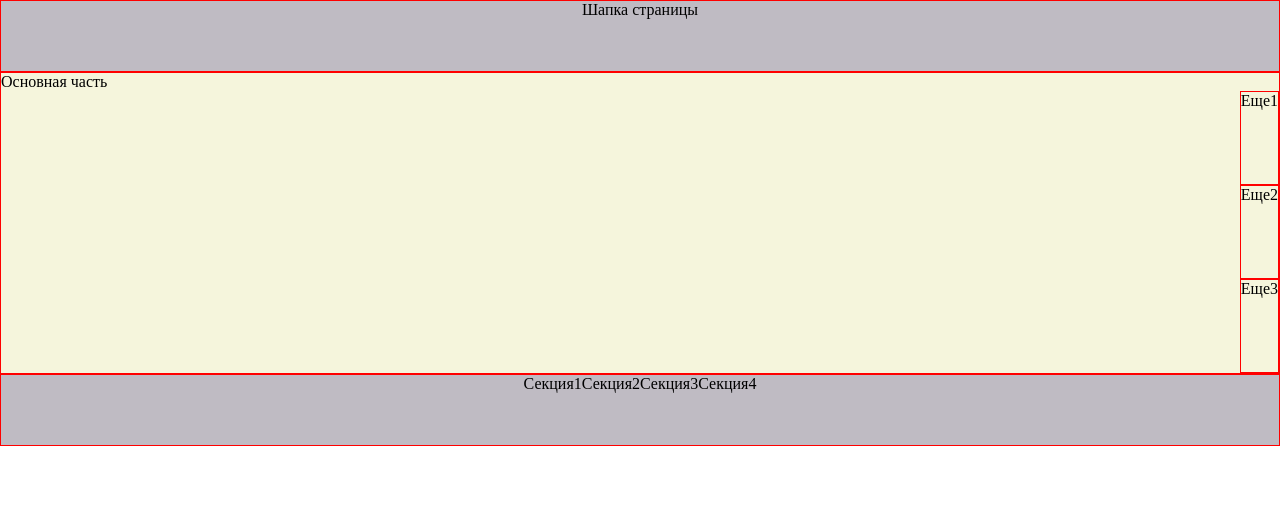
Repository: IrinaGetmanenko/week5
Page: week5/index.html
These files come from the project's save history. The page is drawn as it stood at one moment and after the next save; the edit follows.
The browser window is 1280 px wide. The pictures show the whole page.

Above is the page before, as saved 2022-08-28 17:33:24.

### week5/index.html
<!DOCTYPE html>
<html lang="en">
<head>
    <meta charset="UTF-8">
    <meta http-equiv="X-UA-Compatible" content="IE=edge">
    <meta name="viewport" content="width=device-width, initial-scale=1.0">
    <link rel="stylesheet" href="normalize.css">
    <title>Document</title>
    <style>
    .container{
        display: flex;
        justify-content: center;
        flex-wrap: wrap;

    }

    .h1{
        display: flex;
        justify-content: center;
        border: 1px solid red;
        height: 70px;
        background-color: #bfbbc3;
    }

    .container-2{
        display: flex;
        flex-direction: column;
        border: 1px solid red;
        background-color: beige;
        height: 300px;
        flex-wrap: wrap;

    }
    .section1{
        flex: auto;
        border: 1px solid red;
        align-self: flex-end;
        height: 20%;

    }
    .section2{
        flex: auto;
        border: 1px solid red;
        align-self: flex-end;
        height: 20%;
    }

    .section3{
        flex: auto;
        border: 1px solid red;
        align-self: flex-end;
        height: 20%;
    }
    .aside{
        display: flex;
        justify-content: flex-end;
        border: 1px solid red;


    }
    .footer{
        display: flex;
        justify-content: center;
        border: 1px solid red;
        height: 70px;
        background-color: #bfbbc3;
    }

    </style>
</head>
<body class="container-1">
    <header class="h1" >Шапка страницы</header>

<main>
<main class="container-2">Основная часть
<main class="section1">Eще1</main>
<main class="section2">Еще2</main>
<main class="section3">Еще3</main>
</main>

</main>

<footer class="footer">
       <footer class="f1">Секция1</footer>
       <footer class="f1">Секция2</footer>
       <footer class="f1">Секция3</footer>
       <footer class="f1">Секция4</footer>
</footer>

</body>
</html>

Loaded but not shown: week5/normalize.css (library)

After the next save:
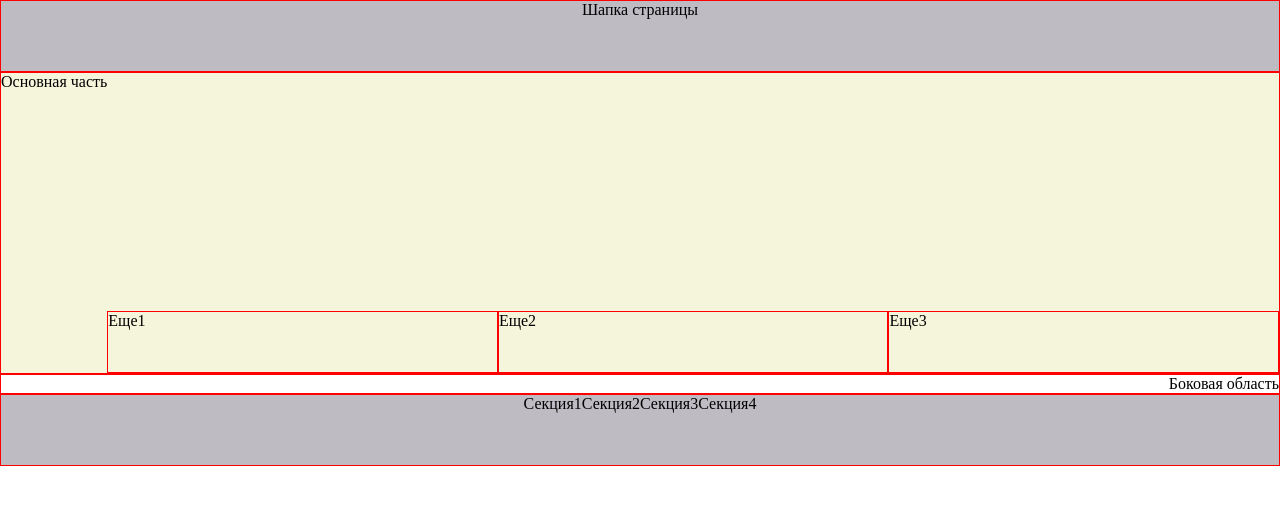
Saved 9 s later.
--- a/week5/index.html
+++ b/week5/index.html
@@ -24,7 +24,7 @@
 
     .container-2{
         display: flex;
-        flex-direction: column;
+        justify-content: center;
         border: 1px solid red;
         background-color: beige;
         height: 300px;
@@ -77,7 +77,7 @@
 <main class="section2">Еще2</main>
 <main class="section3">Еще3</main>
 </main>
-
+<aside class="aside">Боковая область</aside>
 </main>
 
 <footer class="footer">
